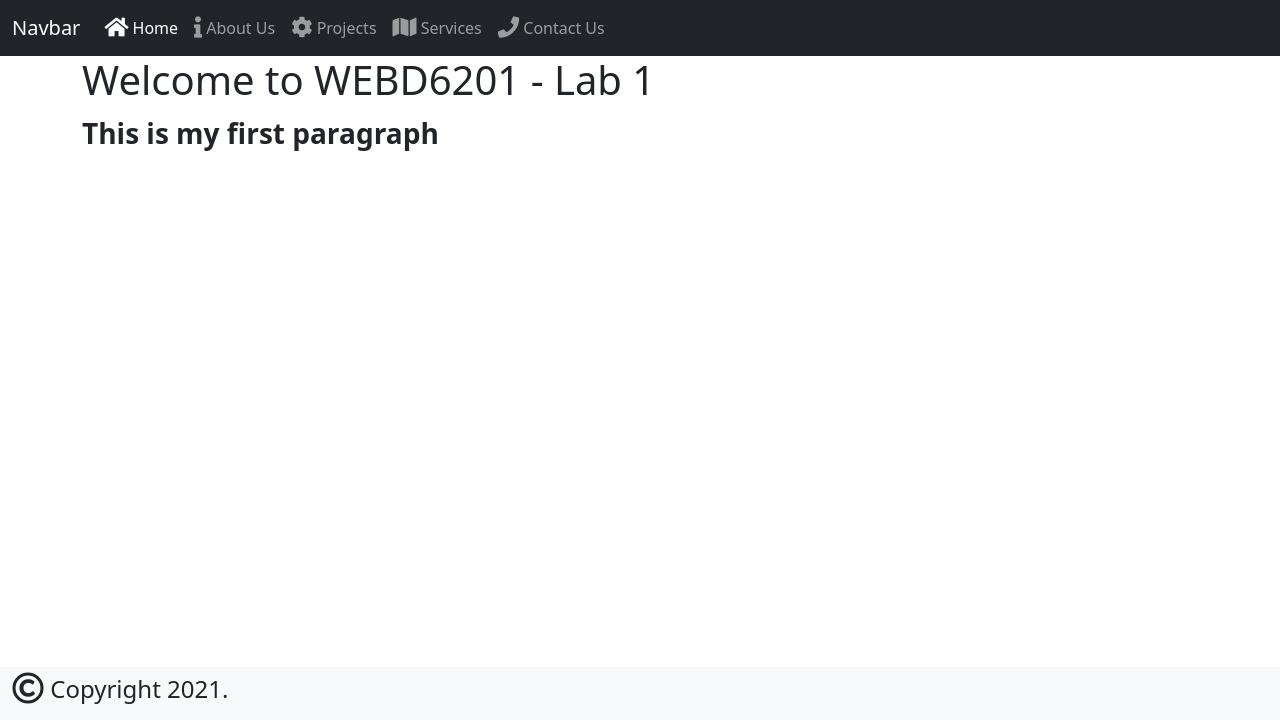
Repository: aphim/Webd6201-wk3
Page: index.html
These files come from the project's save history. The page is drawn as it stood at one moment and after the next save; the edit follows.
The browser window is 1280 px wide. The pictures show the whole page.

Above is the page before, as saved 2021-01-21 08:40:19.

After the next save:
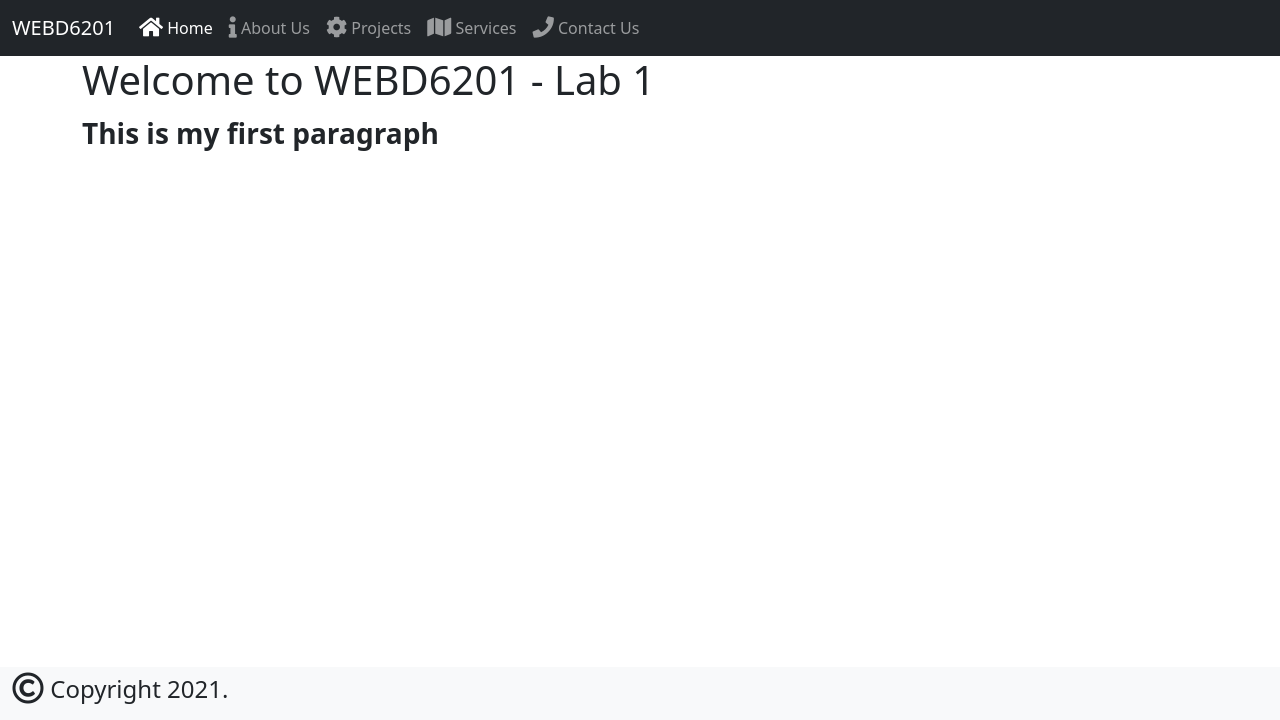
Saved 7 min 0 s later.
--- a/index.html
+++ b/index.html
@@ -3,40 +3,42 @@
 <head>
     <meta charset="UTF-8">
     <meta name="viewport" content="width=device-width, initial-scale=1.0">
-    <title>WEBD6201 - W2021 - ICE 1</title>
+    <title>Home</title>
     <!-- CSS Section -->
     <link rel="stylesheet" href="./node_modules/bootstrap/dist/css/bootstrap.min.css">
     <link rel="stylesheet" href="./node_modules/@fortawesome/fontawesome-free/css/all.min.css">
     <link rel="stylesheet" href="./Content/app.css">
 </head>
 <body>
+  <!-- Main Header-->
     <header>
+      <!-- Main navigation-->
         <nav class="navbar navbar-expand-lg navbar-dark bg-dark">
             <div class="container-fluid">
-              <a class="navbar-brand" href="#">Navbar</a>
+              <a class="navbar-brand" href="index.html">WEBD6201</a>
               <button class="navbar-toggler" type="button" data-bs-toggle="collapse" data-bs-target="#navbarSupportedContent" aria-controls="navbarSupportedContent" aria-expanded="false" aria-label="Toggle navigation">
                 <span class="navbar-toggler-icon"></span>
               </button>
               <div class="collapse navbar-collapse" id="navbarSupportedContent">
                 <ul class="navbar-nav me-auto mb-2 mb-lg-0">
                   <li class="nav-item">
-                    <a class="nav-link active" aria-current="page" href="#"><i class="fas fa-home fa-lg"></i> Home</a>
+                    <a class="nav-link active" aria-current="page" href="index.html"><i class="fas fa-home fa-lg"></i> Home</a>
                   </li>
 
                   <li class="nav-item">
-                    <a class="nav-link" aria-current="page" href="#"><i class="fas fa-info fa-lg"></i> About Us</a>
+                    <a class="nav-link" aria-current="page" href="about.html"><i class="fas fa-info fa-lg"></i> About Us</a>
                   </li>
 
                   <li class="nav-item">
-                    <a class="nav-link" aria-current="page" href="#"><i class="fas fa-cog fa-lg"></i> Projects</a>
+                    <a class="nav-link" aria-current="page" href="projects.html"><i class="fas fa-cog fa-lg"></i> Projects</a>
                   </li>
 
                   <li class="nav-item">
-                    <a class="nav-link" aria-current="page" href="#"><i class="fas fa-map fa-lg"></i> Services</a>
+                    <a class="nav-link" aria-current="page" href="services.html"><i class="fas fa-map fa-lg"></i> Services</a>
                   </li>
 
                   <li class="nav-item">
-                    <a class="nav-link" aria-current="page" href="#"><i class="fas fa-phone fa-lg"></i> Contact Us</a>
+                    <a class="nav-link" aria-current="page" href="contact.html"><i class="fas fa-phone fa-lg"></i> Contact Us</a>
                   </li>
                 </ul>
               </div>
@@ -44,12 +46,13 @@
           </nav>
     </header>
 
-
+<!--Main Content-->
     <main class="container">
         <h1>Welcome to WEBD 6201</h1>
         <p id="paragraphOne"></p>
     </main>
 
+    <!-- Main footer-->
     <footer>
         <nav class="navbar fixed-bottom navbar-light bg-light">
             <div class="container-fluid">
